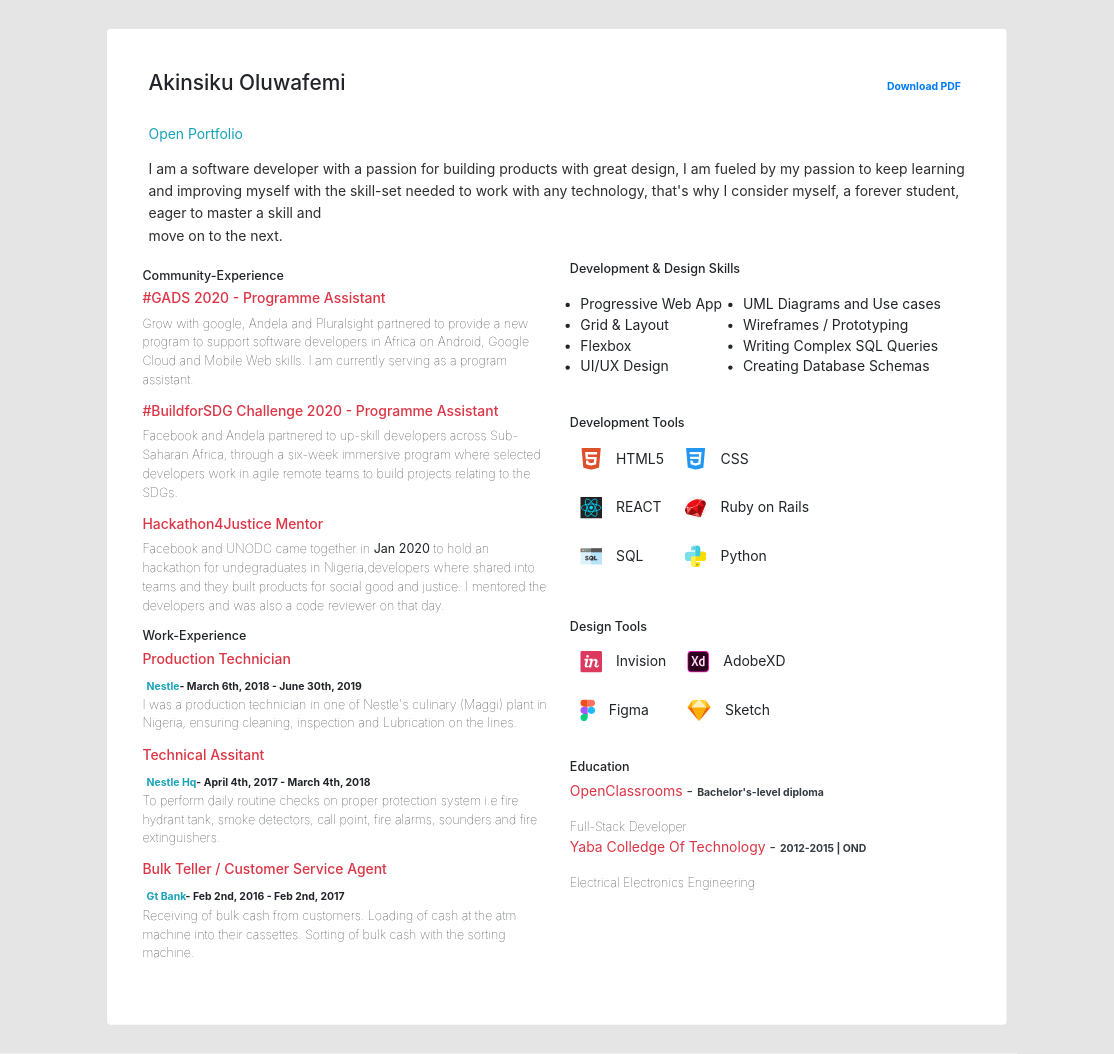
Repository: akinsikuoluwafemi/resume
Page: index.html
The author's editor kept a copy of each file at every save. The page is drawn from the files as they stood at one save, then again after the next save.
The browser window is 1280 px wide. The pictures show the whole page, at 87% of full size.
The style sheet was rebuilt from its Sass, Less or Tailwind sources for each picture, by a compiler version that may differ from the author's.

Above is the page before, as saved 2020-08-03 19:42:39.

After the next save:
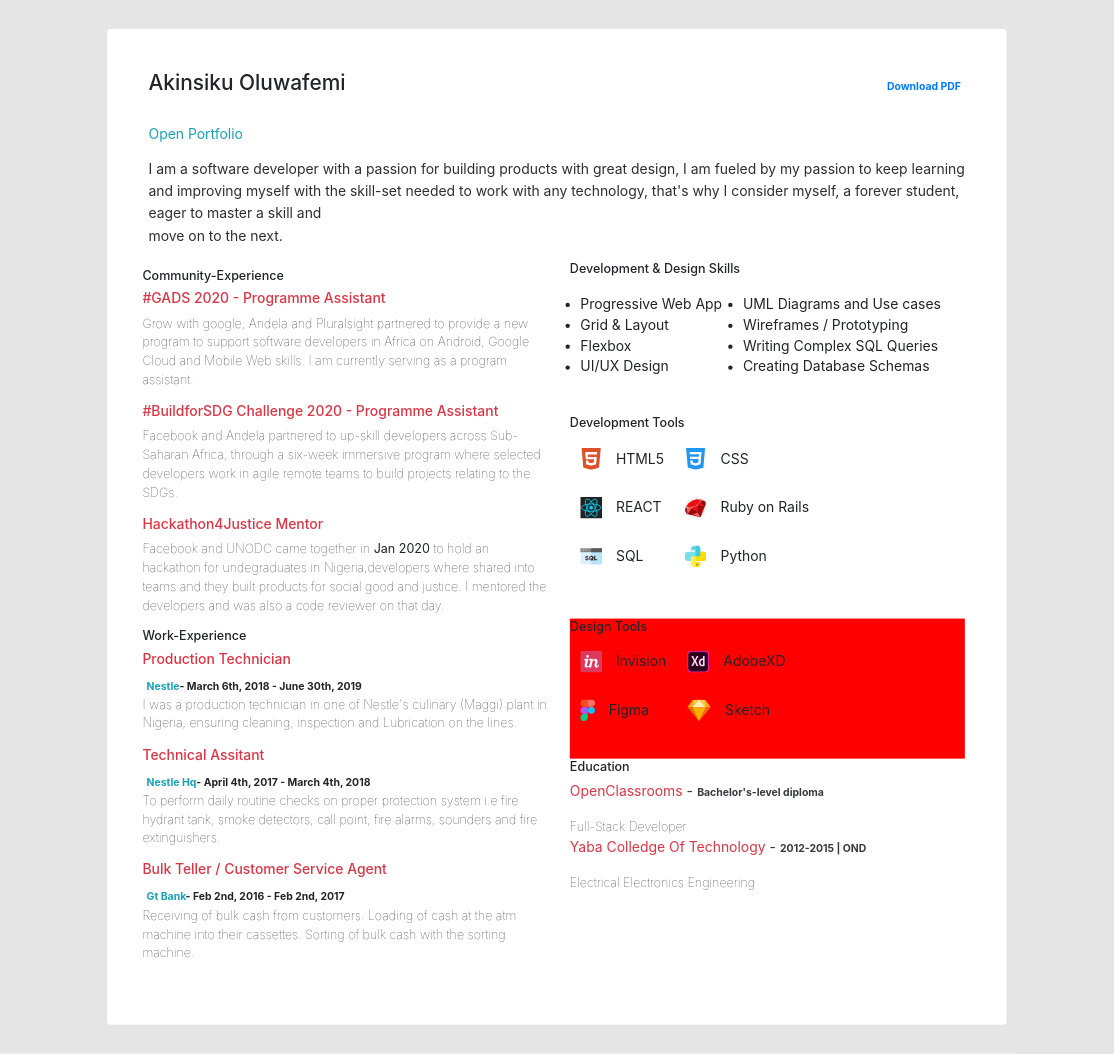
Saved 23 s later.
--- a/resume.scss
+++ b/resume.scss
@@ -34,7 +34,7 @@
 
      &__contain {
         margin-bottom: 0rem;
-        // background: red;
+        background: red;
     }
 
     &__container {
